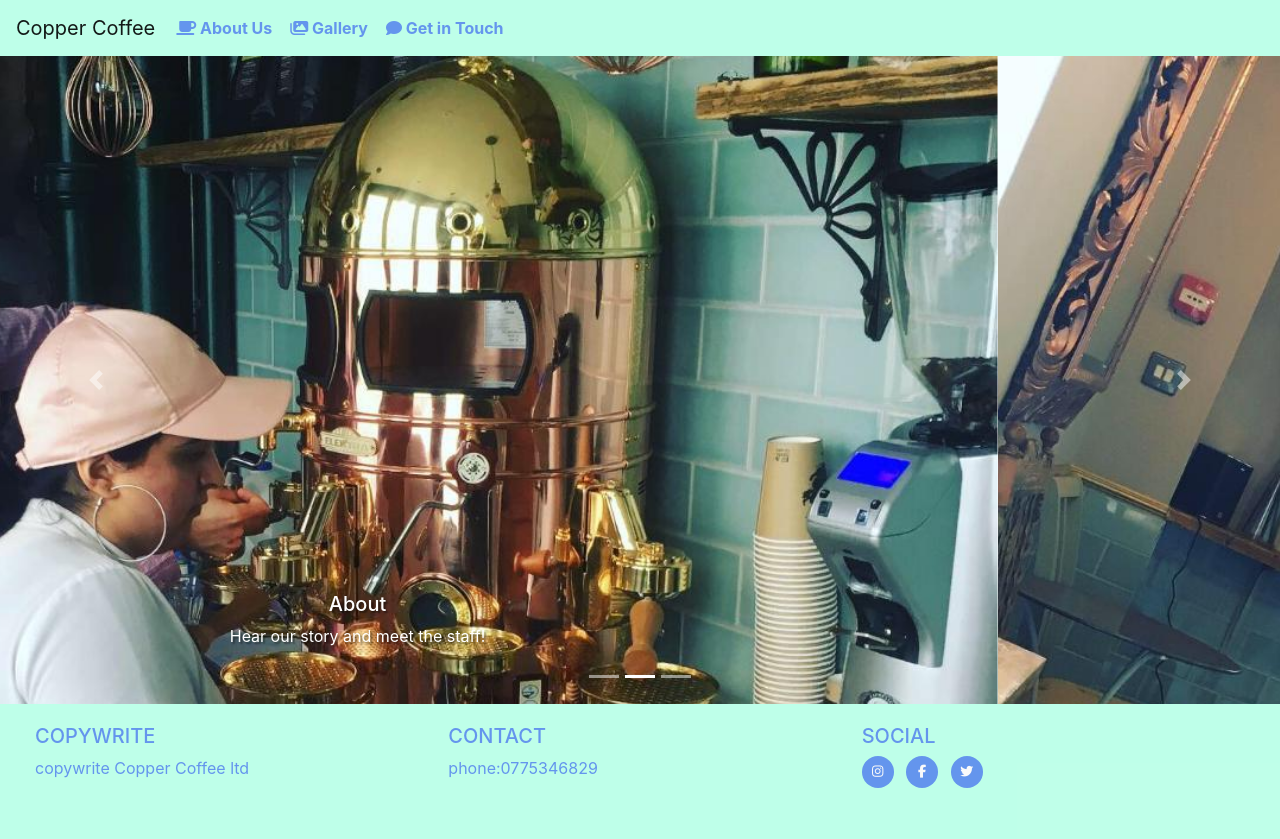
Repository: Matt-F90/milestone
Page: index.html
The author's editor kept a record of every edit. The page is drawn from the files as they stood at one moment, then again after the next edit.
The browser window is 1280 px wide. The pictures show the whole page.
Some web libraries are served in a nearby version.

Above is the page before.
Console error: TypeError: Cannot read properties of undefined (reading 'fn')

### index.html
<!DOCTYPE html>
<html lang="en">

<head>
    <meta charset="UTF-8">
    <meta name="viewport" content="width=device-width, initial-scale=1.0">
    <meta http-equiv="X-UA-Compatible" content="ie=edge">
    <title>Copper Coffee London</title>

    <link rel="stylesheet" href="https://stackpath.bootstrapcdn.com/bootstrap/4.1.3/css/bootstrap.min.css" integrity="sha384-MCw98/SFnGE8fJT3GXwEOngsV7Zt27NXFoaoApmYm81iuXoPkFOJwJ8ERdknLPMO" crossorigin="anonymous">
    <script src="https://stackpath.bootstrapcdn.com/bootstrap/4.1.3/js/bootstrap.min.js" integrity="sha384-ChfqqxuZUCnJSK3+MXmPNIyE6ZbWh2IMqE241rYiqJxyMiZ6OW/JmZQ5stwEULTy" crossorigin="anonymous"></script>
    <script src="https://kit.fontawesome.com/f919e2be21.js" crossorigin="anonymous"></script>
    <link href="https://fonts.googleapis.com/css?family=Noto+Sans:400,700&display=swap" rel="stylesheet">
    <link rel="stylesheet" href="css/style.css" type="text/css" />
</head>

<body>

    <!------------------------------------------------------------------------------------nav--->
    <div class="navbar-container">

        <nav class="navbar navbar-light navbar-expand-sm">
            <a href="index.html" class="navbar-brand">Copper Coffee</a>


            <button class="navbar-toggler ml-auto" type="button" data-toggle="collapse" data-target="#navbarNavDropdown" aria-controls="navbarNavDropdown" aria-expanded="false" aria-lable="toggle navigation">
           <span class="navbar-toggler-icon"></span></button>

            <div class="collapse navbar-collapse" id=navbarNavDropdown>
                <ul class="navbar-nav mr-auto">
                    <li class="nav-item mr-2"><a class "nav-link" href="about.html"><i class="fas fa-coffee"></i> About Us</a></li>
                    <li class="nav-item mr-2"><a class "nav-link" href="gallery.html"><i class="fas fa-images"></i> Gallery</a></li>
                    <li class="nav-item mr-2"><a class "nav-link" href="contact.html"><i class="fas fa-comment"></i> Get in Touch</a></li>
                </ul>
            </div>
        </nav>
    </div>

    <!---------------------------------------------------------------------------------------------div--->
<div class="carousel-container container-fluid">

        <div id="carouselExampleIndicators" class="carousel slide" data-ride="carousel">
        <ol class="carousel-indicators">
            <li data-target="#carouselExampleIndicators" data-slide-to="0" class="active"></li>
            <li data-target="#carouselExampleIndicators" data-slide-to="1"></li>
            <li data-target="#carouselExampleIndicators" data-slide-to="2"></li>
        </ol>
        <div class="carousel-inner">
            <div class="carousel-item active">
                <img class="imgheight d-block" src="./assets/images/about.jpg" alt="First slide">
                <div class="carousel-caption">
                    <h5>About</h5>
                    <p>Hear our story and meet the staff!</p>
                </div>
            </div>
            <div class="carousel-item">
                <img class="imgheight d-block" src="./assets/images/gallery.jpg" alt="Second slide">
                <div class="carousel-caption">
                    <h5>Gallery</h5>
                    <p>Check out our beautiful London store!</p>
                </div>
            </div>
            <div class="carousel-item">
                <img class="imgheight d-block" src="./assets/images/contact.jpg" alt="Third slide">
                <div class="carousel-caption">
                    <h5>Contact</h5>
                    <p>Get in touch and share your ideas!</p>
                </div>
            </div>
        </div>
        <a class="carousel-control-prev" href="#carouselExampleIndicators" role="button" data-slide="prev">
    <span class="carousel-control-prev-icon" aria-hidden="true"></span>
    <span class="sr-only">Previous</span>
  </a>
        <a class="carousel-control-next" href="#carouselExampleIndicators" role="button" data-slide="next">
    <span class="carousel-control-next-icon" aria-hidden="true"></span>
    <span class="sr-only">Next</span>
  </a>
    </div>
    </div>

    <!----------------------------------------------------------------footer------------>

    <footer class="container-fluid">
        <div id="footer-details" class="row">
            <div class="col-sm-4">
                <h5 class="gernal-sub uppercase">copywrite</h5>
                <p class="inline-block">
                    copywrite Copper Coffee ltd
                </p>
            </div>
            <div class="col-sm-4">
                <h5 class="gernal-sub uppercase">contact</h5>
                <p class="inline-block">
                    phone:0775346829
                </p>
            </div>
            <div class="col-sm-4">
                <h5 class="gernal-sub uppercase">social</h5>
                <ul class="list-inline social-links">
                    <li class="list-inline-item">
                        <a target="_blank" href="#">
                        <i class="fab fa-instagram" aria-hidden="true"></i></a>
                        <span class="sr-only">instagram</span>
                    </li>
                    <li class="list-inline-item">
                        <a target="_blank" href="#">
                        <i class="fab fa-facebook-f" aria-hidden="true"></i></a>
                        <span class="sr-only">facebook</span>
                    </li>
                    <li class="list-inline-item">
                        <a target="_blank" href="#">
                        <i class="fab fa-twitter" aria-hidden="true"></i></a>
                        <span class="sr-only">twitter</span>
                    </li>
                </ul>
            </div>
        </div>

    </footer>

    <script src="https://code.jquery.com/jquery-3.3.1.slim.min.js" integrity="sha384-q8i/X+965DzO0rT7abK41JStQIAqVgRVzpbzo5smXKp4YfRvH+8abtTE1Pi6jizo" crossorigin="anonymous"></script>
    <script src="https://cdnjs.cloudflare.com/ajax/libs/popper.js/1.14.3/umd/popper.min.js" integrity="sha384-ZMP7rVo3mIykV+2+9J3UJ46jBk0WLaUAdn689aCwoqbBJiSnjAK/l8WvCWPIPm49" crossorigin="anonymous"></script>
    <script src="https://stackpath.bootstrapcdn.com/bootstrap/4.1.3/js/bootstrap.min.js" integrity="sha384-ChfqqxuZUCnJSK3+MXmPNIyE6ZbWh2IMqE241rYiqJxyMiZ6OW/JmZQ5stwEULTy" crossorigin="anonymous"></script>
</body>

</html>

### css/style.css
/*----navbar....*/

.navbar-contaner {
    position: absolute;
    top: 0;
    left: 0;
    padding-left: 0;
    padding-right: 0;
}

.navbar {
    margin-bottom: 0;
    border: 0;
    width: 100%;
    background-color: rgba(127, 255, 212, 0.5);
}

.navbar .navbar-toggler {
    border: 0;
}

.navbar .navbar-nav a {
    font-weight: 700;
    color: #6495ED;
    padding: 5px;
}

.navbar .navbar-nav a:hover {
    color: rgb(0, 0, 255);
    transition: 1s
}

.nav_fix{
    position: fixed;
    z-index: 100;
    width: 100%;
    background-color: #bfffea;
}

/*----index....*/

.imgheight {
   height: auto;
   width: 100%;
}

.carousel-inner {
    height: 90vh;
}

.carousel-item {
  height:90vh;
}

.carousel-container{
    padding:0;
}

.carousel-caption{
    text-shadow: 2px 2px 2px rgba(0,0,0,0.5);
}

/*----special padding, margins text....*/

h1,
h2,
h3,
h4 {
    margin: 0;
}

.uppercase {
    text-transform: uppercase;
}

.general-sub {
    font-family: 'Noto Sans', sans-serif;
    font-weight: 300;
    color: black;
    padding: 10px;
    text-align: center;
}

.inline-block {
    display: inline-block;
}

.background-container {
    background: url("../assets/images/backgroundimg.jpg");
    height:100%;
    width: 100%;
    margin: 0;
    padding: 15px;
    background-size: cover;
   -webkit-background-size: cover;
    -moz-background-size: cover;
    -o-background-size: cover;
}

/*----About....*/

.staff-container {
  padding: 5px;
  padding-bottom: 10px;
}

.flip-card {
  background-color: transparent;
  width: 300px;
  height: 300px;
  border: 0px solid #f1f1f1;
  margin: auto;
  perspective: 1000px;
}

  .flip-card-inner {
  position: relative;
  width: 100%;
  height: 100%;
  text-align: center;
  transition: transform 0.8s;
  transform-style: preserve-3d;
  }

  .flip-card:hover .flip-card-inner {
  transform: rotateY(180deg);
  }

  .flip-card-front, .flip-card-back {
  position: absolute;
  width: 100%;
  height: 100%;
  backface-visibility: hidden;
  }

  .flip-card-front {
  background-color: #bbb;
  color: black;
}

.flip-card-back {
  background-color: dodgerblue;
  color: white;
  transform: rotateY(180deg);
}

/*----footer....*/

footer {
    background-color: rgba(127, 255, 212, 0.5);
    color: #6495ED;
    min-height: 120px;
    margin: 0;
    width: 100%
}

.social-links {
    padding-bottom: 15px;
}

.social-links li a i {
    width: 32px;
    height: 32px;
    padding: 12px 0;
    border-radius: 50%;
    font-size: 13px;
    line-height: 7px;
    text-align: center;
    color: #fafafa;
    background-color: #6495ED;
    -moz-transition: all 0.35s ease-in-out;
    -webkit-transition: all 0.35s ease-in-out;
    -o-transition: all 0.35s ease-in-out;
}

.social-links li a i:hover {
    width: 32px;
    height: 32px;
    padding: 12px 0;
    border-radius: 50%;
    font-size: 13px;
    line-height: 7px;
    text-align: center;
    color: #fafafa;
    background-color: rgb(0, 0, 255);
    -moz-transition: all 0.35s ease-in-out;
    -webkit-transition: all 0.35s ease-in-out;
    -o-transition: all 0.35s ease-in-out;
}

#footer-details {
    padding: 20px;
}

.middle{
    text-align: center;
}


/*----contact/form....*/


.center-form {
    padding-top: 10px;
    margin: 0 auto;
    max-width: 70%;
}

button[type="submit"] {
    margin-top: 15px;
    margin-bottom: 20px;
    color: #fafafa;
}

iframe {
    width: 100% !important;
    padding-bottom: 10px;
}

.opening-times {
    text-align: center
}

/*----mobile css....*/
@media only screen and (max-width: 800px) {


.imgheight {
    height: 100%;
    width: 100%;
    position: absolute;
    object-fit: cover;
  }



}

After the next edit:
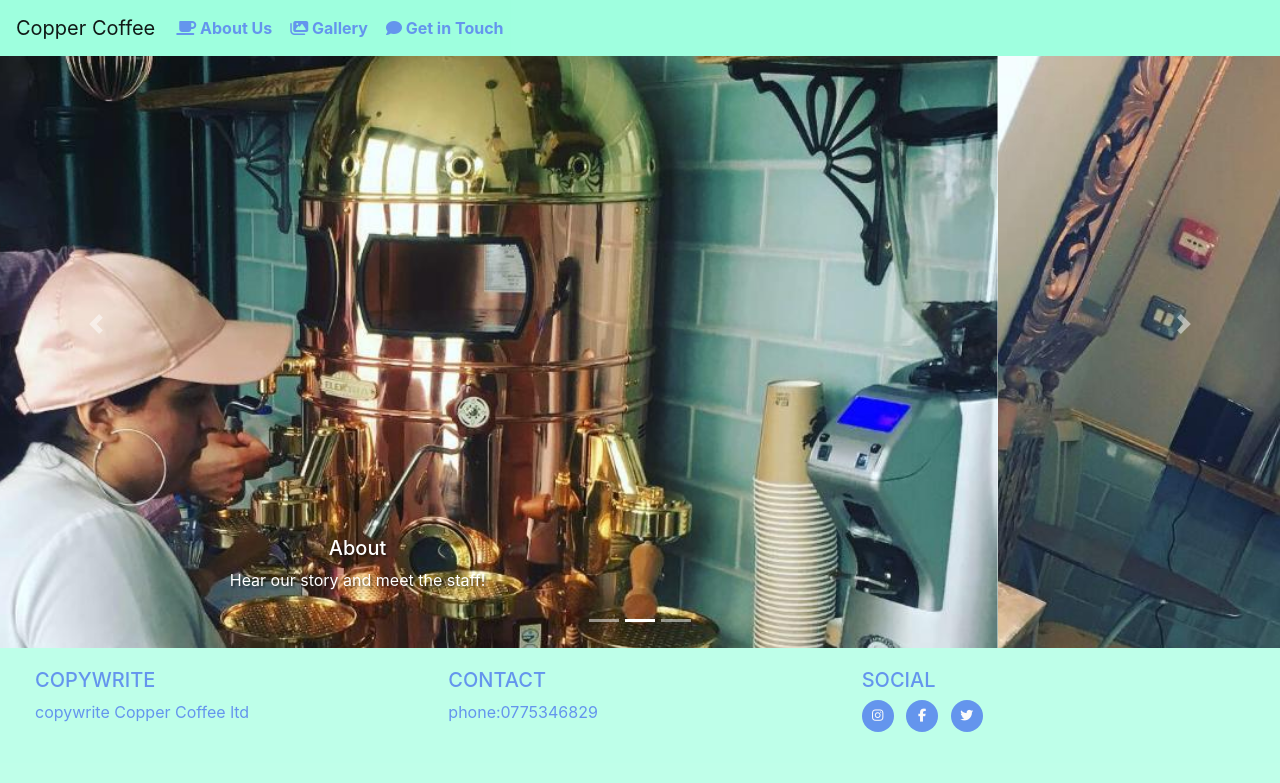
The edit:
--- a/index.html
+++ b/index.html
@@ -17,7 +17,7 @@
 <body>
 
     <!------------------------------------------------------------------------------------nav--->
-    <div class="navbar-container">
+    <div class="nav_fix navbar-container">
 
         <nav class="navbar navbar-light navbar-expand-sm">
             <a href="index.html" class="navbar-brand">Copper Coffee</a>
